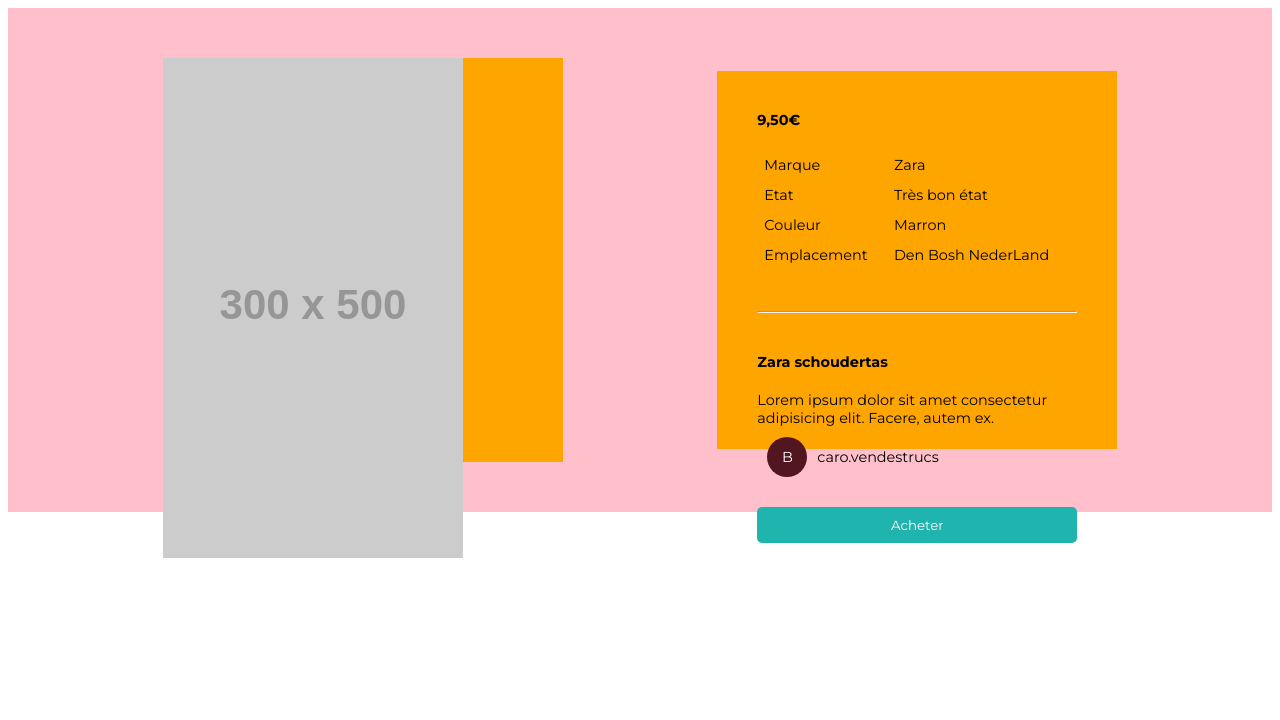
Repository: mel-in-a/vinted-front-clone
Page: html/offer.html
These files come from the project's save history. The page is drawn as it stood at one moment and after the next save; the edit follows.
The browser window is 1280 px wide. The pictures show the whole page.

Above is the page before, as saved 2021-07-29 16:58:45.

After the next save:
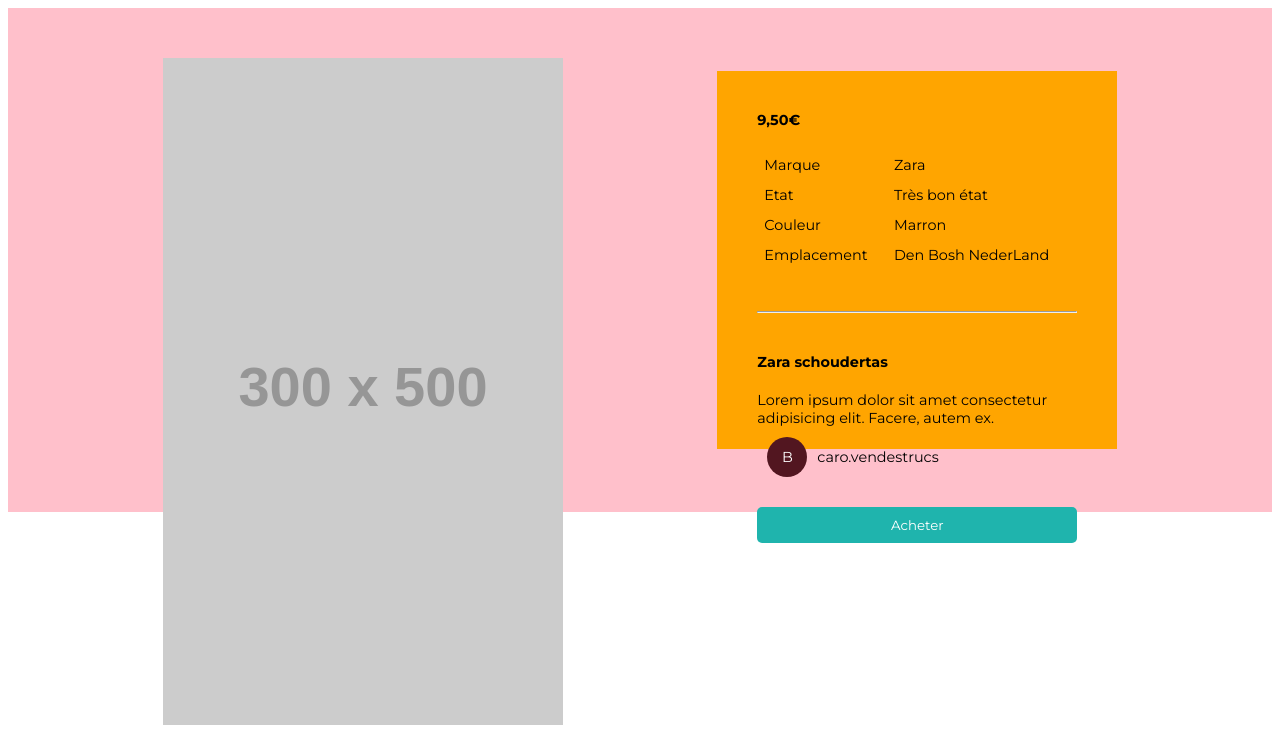
Saved 4 s later.
--- a/html/offer.css
+++ b/html/offer.css
@@ -77,5 +77,5 @@
   color: white;
 }
 .offer .left img {
-    width
+    width:100%
 }
